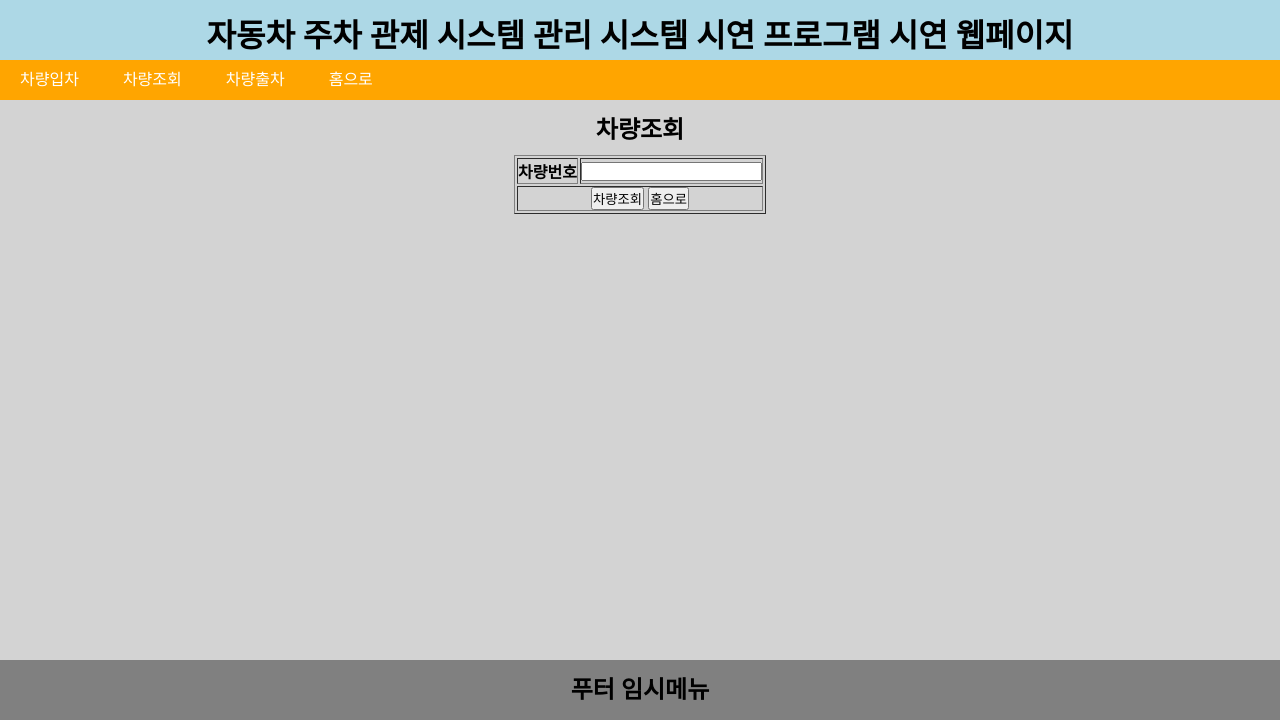
Repository: Ghraminal/mytest
Page: http://localhost/farking/list.jsp
The author's editor kept a copy of each file at every save. The page is drawn from the files as they stood at one save, then again after the next save.
The browser window is 1280 px wide. The pictures show the whole page.
The page is served by Tomcat 9.

Above is the page before, as saved 2025-08-20 05:36:09.

After the next save:
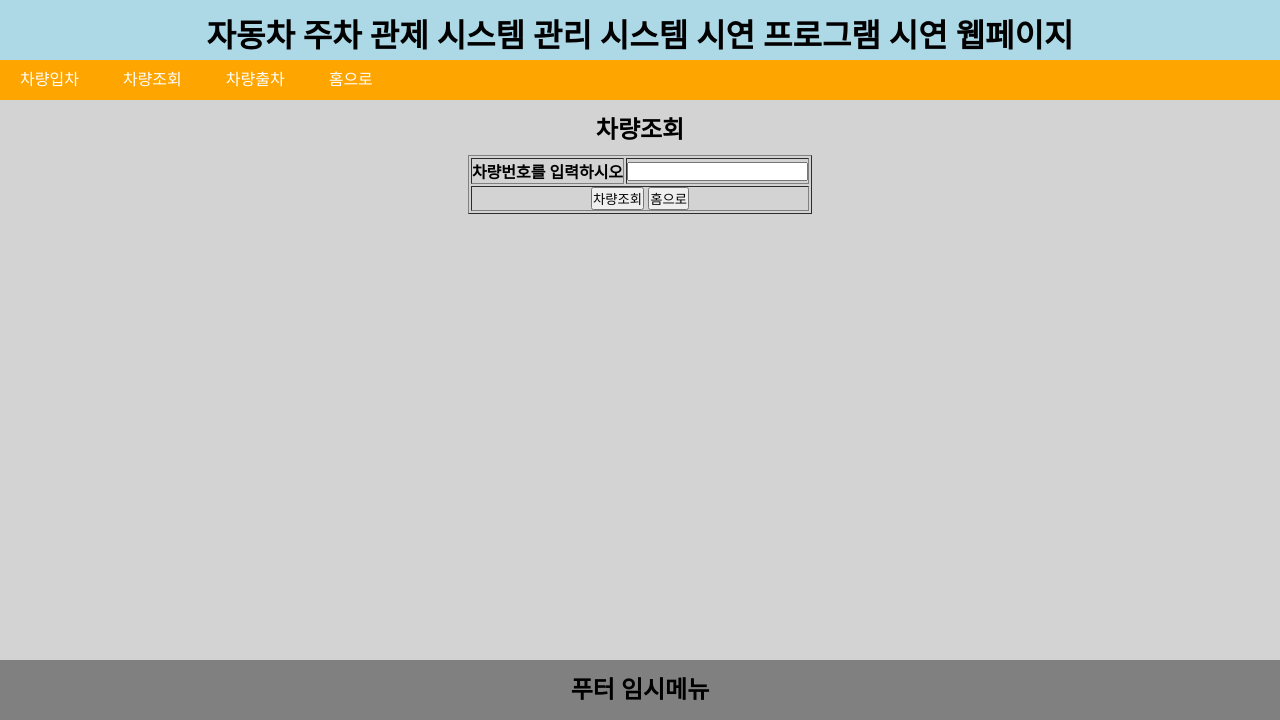
Saved 7 s later.
--- a/farking/src/main/webapp/list.jsp
+++ b/farking/src/main/webapp/list.jsp
@@ -39,7 +39,7 @@
 <form action="action.jsp" method="post" name="frm">
 	<table border="1">
 		<tr>
-			<th>차량번호</th>
+			<th>차량번호를 입력하시오</th>
 			<td><input type="text" name="car_number"></td>
 		</tr>
 		<tr>
